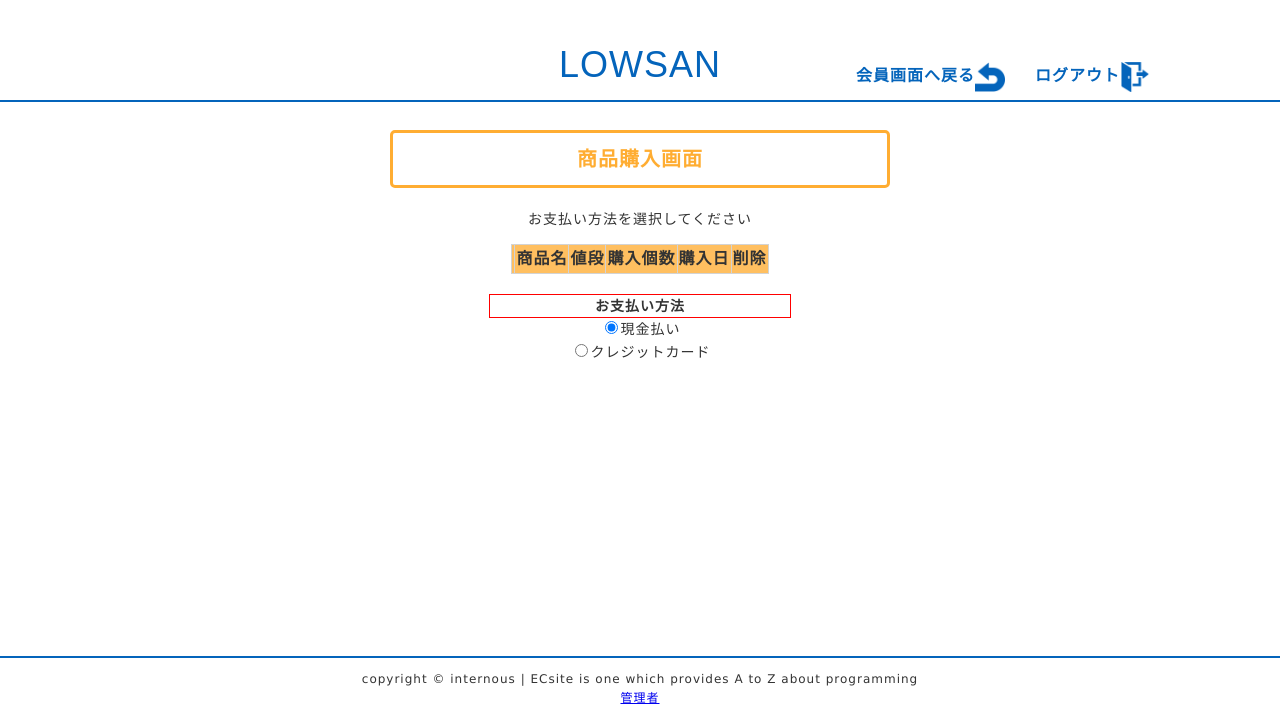
Repository: nishimura0212/myECsite
Page: http://localhost/ecsite/buyItem.jsp
An editor plug-in stored every save of this project. The page is shown before and after the next save, followed by the edit.
The browser window is 1280 px wide. The pictures show the whole page.
The page is served by Tomcat 9. Other server files are loaded and not shown.

Above is the page before, as saved 2019-01-02 14:39:50.

### ecsite/WebContent/buyItem.jsp
<%@ page language="java" contentType="text/html; charset=UTF-8"
    pageEncoding="UTF-8"%>
<%@ taglib prefix="s" uri="/struts-tags" %>
<!DOCTYPE html>
<html>
<head>
<meta http-equiv="Content-Type" content="text/html; charset=UTF-8"/>
<meta http-equiv="Content-Script-Type" content="text/javascript"/>
<meta http-equiv="imagetoolbar" content="no"/>
<meta name="description" content=""/>
<meta name="keywords" content=""/>
<title>商品購入画面</title>
<link rel="stylesheet" type="text/css" href="css/style.css">
</head>
<body>
	<div id="header">
		<p>LOWSAN</p>
		<div id="header-icon">
			<ul>
				<li class="icon">
					<a href="GoUserAction">
					会員画面へ戻る<img src="./img/icon/back.png" width="30px" height="30px">
					</a>
				</li>
				<li class="icon">
					<a href="LogoutAction">
					ログアウト<img src="./img/icon/logout.png" width="30px" height="30px">
					</a>
				</li>
			</ul>
		</div>
	</div>
	<div id="main">
		<div id="top">
			<p>商品購入画面</p>
		</div>
		<p class="comment">お支払い方法を選択してください</p>
		<table class="history-table">
			<tr>
				<th></th>
				<th>商品名</th>
				<th>値段</th>
				<th>購入個数</th>
				<th>購入日</th>
				<th>削除</th>
			</tr>
			<s:iterator value="cartList">
				<tr>
					<td class="td-img"><img
						src='<s:property value="itemImage"/>' class="buy-item-image"></td>
					<td><s:property value="item" /></td>
					<td><s:property value="totalPrice" /><span>円</span></td>
					<td><s:property value="totalCount" /><span>個</span></td>
					<td><s:property value="insert_date" /></td>
					<td><input type="checkbox" name="delete"
						value='<s:property value="id"/>' /></td>
				</tr>
			</s:iterator>
		</table>
		<div class="pay-method">
			<h4>お支払い方法</h4>
			<input type="radio" name="pay" value="1" checked="checked" class="radio">現金払い
			<br><input type="radio" name="pay"value="2" class="radio">クレジットカード
		</div>
	</div>
	<div id="footer">
		<p>copyright &copy; internous | ECsite is one which provides A to Z about programming<br/>
		<a href = '<s:url action="AdminAction"/>'>管理者</a></p>
	</div>
</body>
</html>

### ecsite/WebContent/css/style.css
@CHARSET "UTF-8";

/* bodyレイアウト */
body{
	margin: 0;
	padding: 0;
	height: 100%;
	height: auto;
	line-height: 1.6;
	letter-spacing: 1px;
	font-family: Verdana,Helvetica,sans-serif;
	font-size: 12px;
	color: #333;
	background: #fff;
}

/* headerレイアウト */
#header{
	position: fixed;
	left: 0;
	top: 0;
	z-index: 2;
	width: 100%;
	height: 100px;
	text-align: center;
	background-color: #fff;
	border-bottom: 2px solid #0464bb;
}
#header p{
	color: #0464bb;
	font-family: "メイリオ",sans-serif;
	font-size: 36px;
}
#header-icon{
	position: absolute;
	top: 50px;
	right: 100px;
}
#header-icon .icon{
	float: left;
	margin: 0 auto;
	margin-right: 30px;
	list-style-type: none;
	font-size: 16px;
	font-weight: bold;
}
#header-icon .icon img{
	clear: both;
	vertical-align: middle;
}
#header-icon .icon a{
	color: #0464bb;
	text-decoration:none;
}
.icon:hover{
	cursor: pointer;
}

/* mainレイアウト */
#main{
	position: relative;
	top: 110px;
	width: 100%;
	padding-bottom: 60px;
}

.waku{
	margin-top: 50px;
}

/* 見出しレイアウト */
#top{
	width: 500px;
	margin: 0px auto;
	margin-top: 10px;
	text-align: center;
}
#top p{
	font-size: 20px;
	font-weight: bold;
	border: 3px solid #FFAD32;
	border-radius: 5px;
	color: #FFAD32;
	background-color: #fff;
	padding: 10px 0px;
}

/* tableレイアウト */
.table{
	margin: 0 auto;
	width: 800px;
	font-size: 24px;
	padding: 40px 30px 50px 20px;
	background-color: #FFFDEB;
	color: #FFAD32;
	border-radius: 10px;
}

/* ログイン画面 */
.textarea{
	width: 100%;
	height: 30px;
	font-size: 22px;
	padding-left: 1%;
	border-radius: 15px;
}
input[type="text"]:focus {
	border: 2px solid #FFD493;
	outline: 0;
}
input[type="password"]:focus {
	border: 2px solid #FFD493;
	outline: 0;
}
.error{
	margin: 0 auto;
	width: 500px;
	text-align: center;
}
.error p{
	color: #FF5151;
	font-size: 14px;
}
.single{
	margin-top: 20px;
	text-align: center;
	padding: 20px;
}
.single_btn{
	width: 100px;
	height: 40px;
	padding: 5px;
	background-color: #FFAD32;
	font-size: 12px;
	font-weight: bold;
	color: white;
	border-color: none;
	border-radius: 20px;
}
.single_btn:hover{
	background-color: #F99500;
	cursor: pointer;
}

/* 会員画面 */
.comment{
	text-align: center;
	font-size: 14px;
}
.main-text{
	text-align: center;
	margin-top: 10px;
}
.userButton{
	margin-top: 20px;
	width: 300px;
	height: 100px;
	color: #FFFDEB;
	font-size: 24px;
	background-color: #FFAD32;
	border-radius: 20px;
}
.userButton:hover{
	cursor: pointer;
	background-color: #F99500;
}

/* カテゴリ選択画面 */
.categoryBox{
	margin: 0 auto;
	margin-top: 30px;
	width: 600px;
	text-align: center;
}
.category{
	margin: 0 auto;
	display: inline-block;
	text-align: center;
}
.categoryCircle{
	margin: 0 auto;
	float: left;
}
.circle{
	width: 200px;
	height: 200px;
	margin: 0px 20px 10px 20px;
	border-radius: 50%;
	font-size: 30px;
	border: 5px solid #FFBF60;
	background-color: #FFFDEB;
}
.circle:hover{
	background-color: #FFBF60;
	color: #FFFDEB;
	border: none;
	cursor: pointer;
}
#empty{
	clear: both;
}

/* 商品選択画面 */
.item-wrap{
	width: 700px;
	margin: 30px auto;
	height: 100%;
	padding-bottom: 60px;
}
.itemBox{
	width: 300px;
	height: 250px;
	text-align: center;
	border: 2px dotted gray;
	margin: 20px 20px 20px 20px;
	background-color: #f9fcb6;
}
.itemBox img{
	width: 250px;
	height: 250px;
}
.itemName{
	margin: 0;
	font-size: 15px;
}
.flex-container{
	display: inline-flex;
}

/* 商品購入画面 */
.containerA{
	margin: 0 auto;
	margin-top: 20px;
	margin-right: 50px;
	text-align: center;
}
.left{
	width: 300px;
	height: 300px;
}
.left img{
	width: 100%;
}
.right{
	height: 300px;
	font-size: 20px;
	margin-top: 30px;
	border-collapse: collapse;
}
.td-left{
	text-align: center;
	background-color: #FFBF60;
	border: 1px solid lightgray;
}
.td-right{
	text-align: left;
	padding: 0px 10px;
	border: 1px solid lightgray;
}
.td-submit{
	background-color: #fff;
}
.select{
	width: 50px;
	font-size: 20px;
}
.select:hover{
	cursor: pointer;
}
.block{
	width: 100px;
	display: block;
}

/* 商品購入確認画面 */
.containerB{
	margin: 0 auto;
	margin-left: 150px;
	text-align: center;
}
.button{
	position: relative;
	top: 350px;
	right: 210px;
}
.gray_btn{
	width: 100px;
	height: 40px;
	padding: 5px;
	background-color: #808080;
	font-size: 12px;
	font-weight: bold;
	color: white;
	border-color: none;
	border-radius: 20px;
}
.gray_btn:hover{
	background-color: #666666;
	cursor: pointer;
}

/* 商品購入完了画面 */
.center{
	width: 400px;
	margin: 0 auto;
	margin-top: 50px;
}
.comment p{
	height: 50px;
	line-height: 50px;
	font-size: 16px;
	border: 2px solid gray;
	border-radius: 5px;
}

/* 商品購入履歴画面 */
.history-table{
	margin:0 auto;
	font-size: 16px;
	border-collapse: collapse;
	border: 1px solid lightgray;
	text-align: center;
}
.history-table th{
	border: 1px solid lightgray;
}
.history-table td,.td-img{
	border: 1px solid lightgray;
}
.history-table tr:first-child{
	background-color: #FFBF60;
}
.td-img img{
	width: 100px;
	height: 100px;
}

/* 商品購入画面 */
.pay-method{
	text-align: center;
	font-size: 14px;
	padding-bottom: 60px;
}
.pay-method h4{
	margin: 0 auto;
	margin-top: 20px;
	width: 300px;
	border: 1px solid red;
}





.buy-item-button{
	margin: 20px;
	width: 100px;
	height: 50px;
	background-color: #eee;
	border-radius: 20%;
}
.buy-item-button:hover{
	cursor: pointer;
	background-color: #f9fcb6;
}
.pointer:hover{
	cursor: pointer;
}
.button1{
	margin: 0 20px auto;
	float: left;
}
.submit{
	width: 300px;
	height: 400px;
	border-radius: 10%;
	background-color: #f8f8f8;
	font-size: 30px;
}
.submit:hover{
	box-shadow: none;
	background-color: #ffff80;
	cursor: pointer;
}
#text-link{
	display: inline-block;
	text-align: right;
}
#text-right{
	display: inline-block;
	text-align: right;
}
.text-right{
	display: inline-block;
	margin-left: 4%;
}
#wrap{
	margin: 0 40% auto;
}
#left{
	float: left;
	width: 50%;
}
#right{
	float: left;
	width: 50%;
}
.text-center{
	display: inline-block;
	text-align: center;
}
#text{
	clear: left;
	padding-top: 20px;
	width: 780px;
	margin: 30px auto;
}
.text{
	text-align: center;
}
#list{
	border: 2px dotted gray;
	width: 500px;
	height: 100px;
	background-color: lightyellow;
	margin: 30px auto;
}
#list ul li{
	display: inline-block;
	list-style-type: none;
	margin-right: 2em;
}
#button{
	display: inline-block;
	text-align: center;
}
#empty{
	clear: both;
}
.button{
	margin: 0 auto;
	float: left;
	margin-right: 10px;
}
.button:hover{
	cursor: pointer;
}
.category_button{
	margin: 0 auto;
	float: left;
}
.item{
	width: 200px;
	height: 200px;
	margin: 0px 20px 10px 20px;
	border-radius: 50%;
	font-size: 30px;
}





/* footerレイアウト */
#footer{
	clear: both;
	position: fixed;
	left: 0;
	bottom: 0;
	z-index: 2;
	width: 100%;
	background-color: #fff;
	border-top: 2px solid #0464bb;
}
#footer p{
	text-align: center;
}

After the next save:
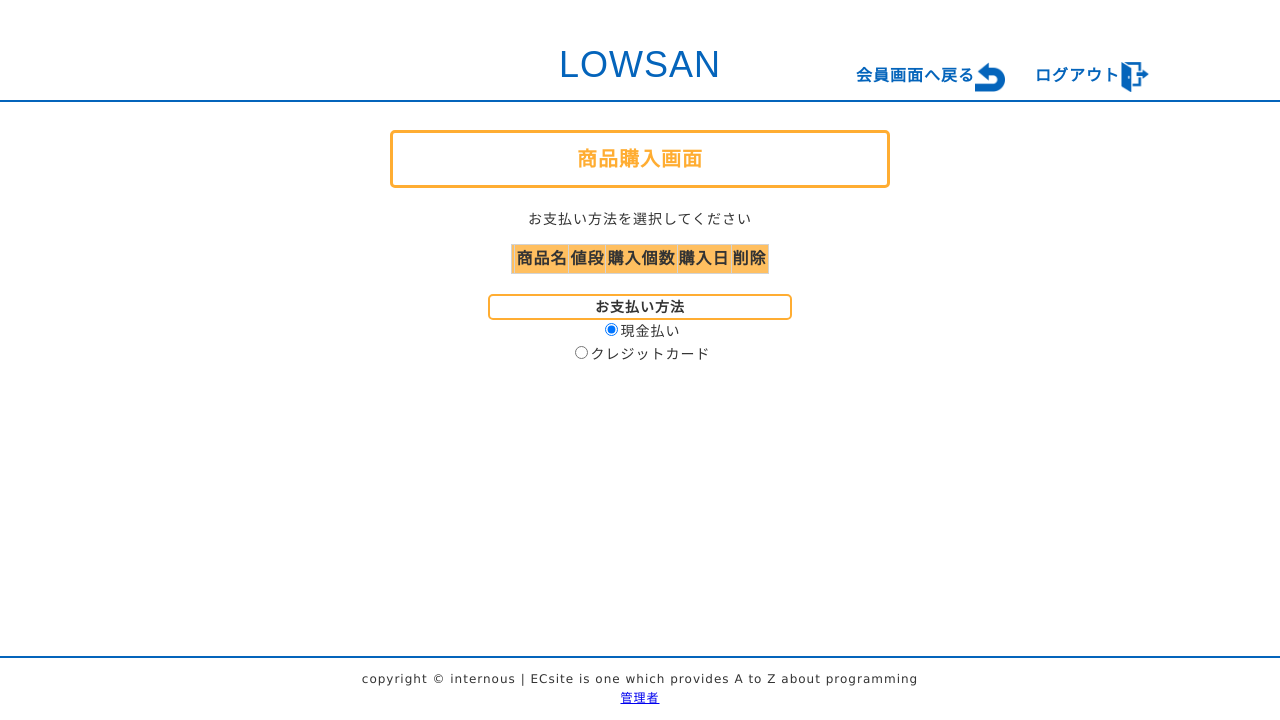
Saved 50 s later.
--- a/ecsite/WebContent/css/style.css
+++ b/ecsite/WebContent/css/style.css
@@ -345,7 +345,8 @@ input[type="password"]:focus {
 	margin: 0 auto;
 	margin-top: 20px;
 	width: 300px;
-	border: 1px solid red;
+	border: 2px solid #FFAD32;
+	border-radius: 5px;
 }
 
 
